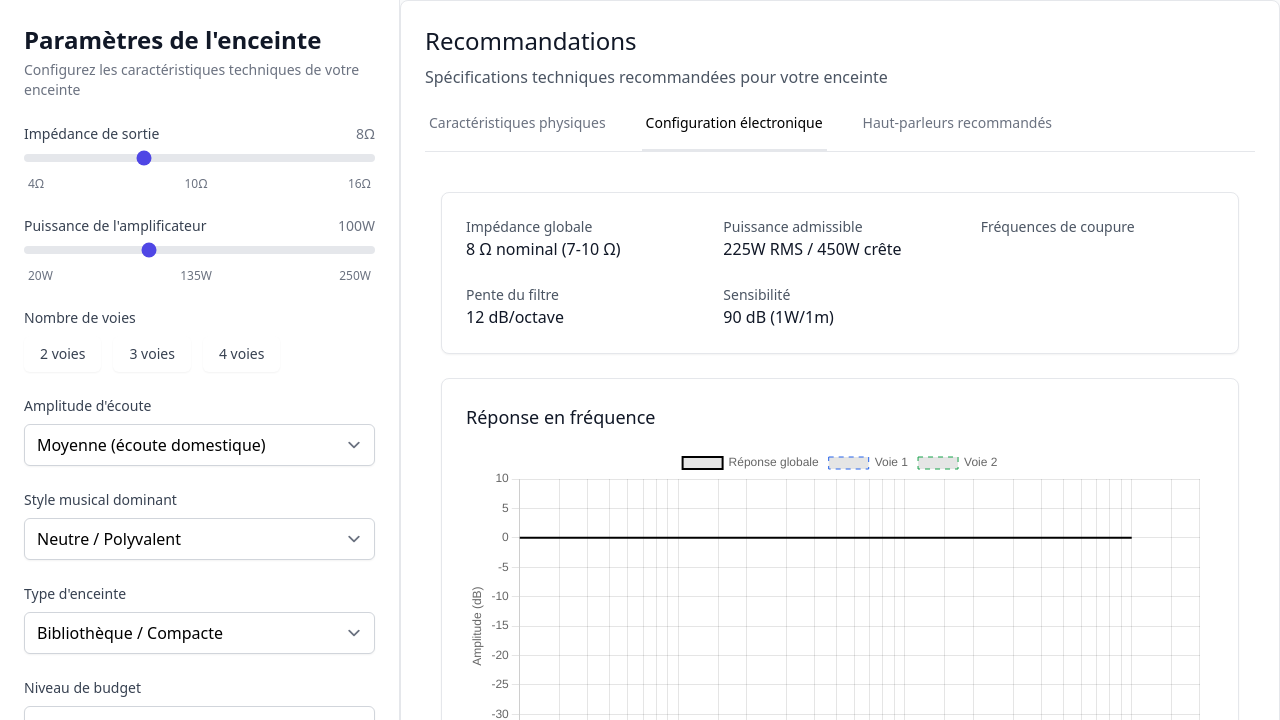
Repository: flobutbut/AcuoTune
Page: /, after clicking the first element matching `nav.flex > :nth-child(2)`
These files come from the project's save history. The page is drawn as it stood at one moment and after the next save; the edit follows.
The browser window is 1280 px wide. The pictures show the whole page.
An inner scrolling area shows only its first screen. The project was rebuilt for these pictures with package versions that can differ from the ones it lists, and the page was loaded fresh each time. Also part of the build but not shown: vite.config.ts, src/components/configurateur/recommendations/SpeakersTab.vue.

Above is the page before, as saved 2025-02-28 14:35:50.

### src/main.ts
import './assets/main.css'

import { createApp } from 'vue'
import { createPinia } from 'pinia'
import App from './App.vue'
import router from './router'

// Pour le débogage
console.log('Initializing app...')

const app = createApp(App)
const pinia = createPinia()

// Pour le débogage
app.config.errorHandler = (err, instance, info) => {
  console.error('Vue Error:', err)
  console.log('Component:', instance)
  console.log('Info:', info)
}

app.use(pinia)
app.use(router)

app.mount('#app')

// Pour le débogage
console.log('App mounted')

### src/App.vue
<script setup lang="ts">
import { RouterView } from 'vue-router'
</script>

<template>
  <RouterView />
</template>

<style>
#app {
  height: 100vh;
  width: 100vw;
}
</style>

### src/router/index.ts
import { createRouter, createWebHashHistory } from 'vue-router'
import ConfigurateurView from '../views/ConfigurateurView.vue'

const base = process.env.NODE_ENV === 'production' ? '/AcuoTune/' : '/'

const router = createRouter({
  history: createWebHashHistory(base),
  routes: [
    {
      path: '/',
      name: 'home',
      component: ConfigurateurView
    }
  ]
})

export default router

### src/views/ConfigurateurView.vue
<script setup lang="ts">
import ConfigurationPanel from '@/components/configurateur/ConfigurationPanel.vue'
import RecommendationsPanel from '@/components/configurateur/RecommendationsPanel.vue'
</script>

<template>
  <div class="flex h-screen bg-gray-50">
    <!-- Colonne de gauche - Configuration -->
    <div class="w-[400px] min-w-[400px] overflow-y-auto border-r border-gray-200 bg-white">
      <ConfigurationPanel />
    </div>

    <!-- Colonne de droite - Recommandations -->
    <div class="flex-1 overflow-y-auto">
      <RecommendationsPanel />
    </div>
  </div>
</template>

<style>
/* Supprimer les marges par défaut */
body {
  margin: 0;
  padding: 0;
}

/* Assurer que l'app prend toute la hauteur */
#app {
  height: 100vh;
}
</style>

### src/components/configurateur/RecommendationsPanel.vue
<script setup lang="ts">
import { ref } from 'vue'
import PhysicalTab from './recommendations/PhysicalTab.vue'
import ElectronicTab from './recommendations/ElectronicTab.vue'
import SpeakersTab from './recommendations/SpeakersTab.vue'

const activeTab = ref('physique')

// Données temporaires pour test
const physicalRecommendations = {
  volume: '30L',
  dimensions: {
    height: '80cm',
    width: '30cm',
    depth: '40cm'
  },
  materials: ['MDF 19mm', 'Contreplaqué bouleau 18mm'],
  portType: 'Bass-reflex',
  port: {
    surface: '50cm²',
    length: '15cm',
    diameter: '8cm',
    tuningFreq: '35Hz'
  }
}

const electronicRecommendations = {
  impedance: '8Ω',
  power: '100W RMS',
  crossoverFreqs: ['500Hz', '3.5kHz'],
  filterSlope: '12dB/octave',
  efficiency: '89dB'
}

const speakerRecommendations = [
  {
    type: 'Grave',
    impedance: '8Ω',
    power: '100W RMS',
    sensitivity: '89dB'
  },
  {
    type: 'Médium',
    impedance: '8Ω',
    power: '50W RMS',
    sensitivity: '91dB'
  },
  {
    type: 'Aigu',
    impedance: '8Ω',
    power: '25W RMS',
    sensitivity: '92dB'
  }
]
</script>

<template>
  <div class="w-full bg-white rounded-lg shadow-sm border border-gray-200">
    <div class="p-6">
      <h2 class="text-2xl font-medium text-gray-900 mb-2">Recommandations</h2>
      <p class="text-gray-600 mb-6">Spécifications techniques recommandées pour votre enceinte</p>

      <!-- Onglets -->
      <div class="border-b border-gray-200">
        <nav class="flex space-x-8" aria-label="Tabs">
          <button
            v-for="tab in ['physique', 'electronique', 'hautparleurs']"
            :key="tab"
            @click="activeTab = tab"
            :class="[
              'pb-4 px-1 font-medium text-sm border-b-2 transition-colors',
              activeTab === tab
                ? 'border-primary-600 text-primary-600'
                : 'border-transparent text-gray-500 hover:text-gray-700 hover:border-gray-300'
            ]"
          >
            {{ tab === 'physique' ? 'Caractéristiques physiques' :
               tab === 'electronique' ? 'Configuration électronique' :
               'Haut-parleurs recommandés' }}
          </button>
        </nav>
      </div>

      <!-- Contenu des onglets -->
      <div class="mt-6">
        <PhysicalTab v-if="activeTab === 'physique'" />
        <ElectronicTab v-if="activeTab === 'electronique'" />
        <SpeakersTab v-if="activeTab === 'hautparleurs'" />
      </div>
    </div>
  </div>
</template>

### src/components/configurateur/controls/RangeInput.vue
<script setup lang="ts">
defineProps<{
  label: string
  name: string
  value: number
  min: number
  max: number
  step: number
  unit?: string
}>()

defineEmits<{
  (e: 'update', event: Event): void
}>()
</script>

<template>
  <div class="space-y-2">
    <!-- Label et valeur actuelle -->
    <div class="flex justify-between items-center">
      <label :for="name" class="block text-sm font-medium text-gray-700">
        {{ label }}
      </label>
      <span class="text-sm text-gray-500">
        {{ value }}{{ unit }}
      </span>
    </div>

    <!-- Input range -->
    <input
      :id="name"
      type="range"
      :name="name"
      :min="min"
      :max="max"
      :step="step"
      :value="value"
      @input="$emit('update', $event)"
      class="w-full h-2 bg-gray-200 rounded-lg appearance-none cursor-pointer
             dark:bg-gray-700 accent-indigo-600 focus:outline-none focus:ring-2
             focus:ring-indigo-500 focus:ring-offset-2"
    />

    <!-- Valeurs min/max -->
    <div class="flex justify-between px-1">
      <span class="text-xs text-gray-500">{{ min }}{{ unit }}</span>
      <span class="text-xs text-gray-500">{{ Math.round((max + min) / 2) }}{{ unit }}</span>
      <span class="text-xs text-gray-500">{{ max }}{{ unit }}</span>
    </div>
  </div>
</template>

### src/components/configurateur/controls/SelectInput.vue
<script setup lang="ts">
interface Option {
  value: string
  label: string
}

defineProps<{
  label: string
  name: string
  value: string
  options: Option[]
}>()

defineEmits<{
  (e: 'update', event: Event): void
}>()
</script>

<template>
  <div class="space-y-2">
    <label :for="name" class="block text-sm font-medium text-gray-700">
      {{ label }}
    </label>
    <select
      :id="name"
      :name="name"
      :value="value"
      @change="$emit('update', $event)"
      class="mt-1 block w-full rounded-md border-gray-300 py-2 pl-3 pr-10 text-base
             focus:border-indigo-500 focus:outline-none focus:ring-indigo-500
             bg-white shadow-sm"
    >
      <option
        v-for="option in options"
        :key="option.value"
        :value="option.value"
        class="text-gray-900"
      >
        {{ option.label }}
      </option>
    </select>
  </div>
</template>

### src/constants/configurateur.ts
export const IMPEDANCE_OPTIONS = {
  min: 4,
  max: 16,
  step: 4
}

export const PUISSANCE_OPTIONS = {
  min: 20,
  max: 250,
  step: 10
}

export const AMPLITUDE_ECOUTE_OPTIONS = [
  { value: 'faible', label: 'Faible (écoute de proximité)' },
  { value: 'moyenne', label: 'Moyenne (écoute domestique)' },
  { value: 'forte', label: 'Forte (home-cinéma, fêtes)' }
]

export const STYLE_MUSICAL_OPTIONS = [
  { value: 'neutre', label: 'Neutre / Polyvalent' },
  { value: 'hifi', label: 'Hi-Fi / Audiophile' },
  { value: 'bass', label: 'Bass heavy (Electronic, Hip-hop)' },
  { value: 'acoustique', label: 'Acoustique / Classique' }
]

export const TYPE_ENCEINTE_OPTIONS = [
  { value: 'bibliothèque', label: 'Bibliothèque / Compacte' },
  { value: 'colonne', label: 'Colonne' },
  { value: 'monitoring', label: 'Monitoring' }
]

export const BUDGET_NIVEAU_OPTIONS = [
  { value: 'économique', label: 'Économique' },
  { value: 'moyen', label: 'Moyen' },
  { value: 'élevé', label: 'Élevé' }
]

export const DISTANCE_MUR_OPTIONS = [
  { value: 'proche', label: 'Proche (< 20cm)' },
  { value: 'moyenne', label: 'Moyenne (20-40cm)' },
  { value: 'éloignée', label: 'Éloignée (> 40cm)' }
]

export const UTILISATION_OPTIONS = [
  { value: 'musique', label: 'Musique' },
  { value: 'homecinema', label: 'Home-cinéma' },
  { value: 'mixte', label: 'Mixte (Musique + Home-cinéma)' },
  { value: 'studio', label: 'Production / Mixage studio' }
]

export const TYPE_CHARGE_OPTIONS = [
  { value: 'clos', label: 'Clos' },
  { value: 'bass-reflex', label: 'Bass-reflex' },
  { value: 'double-bass-reflex', label: 'Double Bass-reflex' }
]

export const PENTE_FILTRE_OPTIONS = [
  { value: '12', label: '12 dB/octave' },
  { value: '18', label: '18 dB/octave' },
  { value: '24', label: '24 dB/octave' }
]

export const FACTEUR_QUALITE_OPTIONS = [
  { value: '0.5', label: 'Q = 0.5 (Sous-amorti)' },
  { value: '0.707', label: 'Q = 0.707 (Butterworth)' },
  { value: '1.0', label: 'Q = 1.0 (Sur-amorti)' }
]

### src/components/configurateur/recommendations/ElectronicTab.vue
<script setup lang="ts">
import { computed } from 'vue'
import { useConfigurateurStore } from '@/stores/configurateur'
import { calculateElectronic } from '@/utils/calculations/electronic'
import { calculateAcoustic } from '@/utils/calculations/acoustic'
import FrequencyResponseChart from '../FrequencyResponseChart.vue'

const store = useConfigurateurStore()

const electronicRecommendations = computed(() => {
  if (!store.config) return null
  const acousticParams = calculateAcoustic(store.config)
  return calculateElectronic(store.config, acousticParams)
})
</script>

<template>
  <div class="space-y-6 p-4">
    <div v-if="electronicRecommendations" class="space-y-6">
      <!-- Panneau des paramètres -->
      <div class="bg-white rounded-lg shadow-sm border border-gray-200 p-6">
        <div class="grid grid-cols-2 md:grid-cols-3 gap-6">
          <div v-for="(value, key) in [
            { label: 'Impédance globale', value: electronicRecommendations.impedanceGlobale },
            { label: 'Puissance admissible', value: electronicRecommendations.puissanceAdmissible },
            { label: 'Fréquences de coupure', value: electronicRecommendations.frequencesCoupure.join(' / ') },
            { label: 'Pente du filtre', value: electronicRecommendations.penteFiltre },
            { label: 'Sensibilité', value: electronicRecommendations.sensibilite }
          ]" :key="key" class="group">
            <div class="text-sm text-gray-600 group-hover:text-gray-800 transition-colors">{{ value.label }}</div>
            <div class="font-medium text-gray-900">{{ value.value }}</div>
          </div>
        </div>
      </div>

      <!-- Graphique -->
      <div class="bg-white rounded-lg shadow-sm border border-gray-200 p-6">
        <h3 class="text-lg font-medium text-gray-900 mb-4">Réponse en fréquence</h3>
        <div class="h-[400px] w-full">
          <FrequencyResponseChart
            :config="store.config"
            :electronic-params="electronicRecommendations"
          />
        </div>
      </div>
    </div>

    <div v-else class="flex items-center justify-center h-48 bg-gray-50 rounded-lg">
      <div class="text-gray-500">
        <svg class="w-8 h-8 mx-auto mb-2 animate-spin" viewBox="0 0 24 24" fill="none">
          <circle class="opacity-25" cx="12" cy="12" r="10" stroke="currentColor" stroke-width="4"/>
          <path class="opacity-75" fill="currentColor" d="M4 12a8 8 0 018-8V0C5.373 0 0 5.373 0 12h4z"/>
        </svg>
        <span>Chargement des recommandations...</span>
      </div>
    </div>
  </div>
</template>

### src/utils/calculations/electronic.ts
import type { Config } from '@/types/configurateur'
import type { ElectronicRecommendation } from '@/types/configurateur'

interface AcousticResult {
  volumeOptimal: number
  frequenceAccord: number
  facteurQualite: number
  frequenceResonance: number
  rendementBasse: number
  puissanceMax: number
}

export function calculateElectronic(config: Config, acoustic: AcousticResult): ElectronicRecommendation {
  console.log('Calculating electronic parameters for:', { config, acoustic })

  // Calcul des fréquences de coupure
  const frequencesCoupure = calculateCrossoverFrequencies(config)

  // Calcul de la pente des filtres
  const penteFiltre = calculateFilterSlope(config)

  // Calcul de l'impédance globale
  const impedanceGlobale = calculateGlobalImpedance(config)

  // Calcul de la puissance admissible
  const puissanceAdmissible = calculateAdmissiblePower(acoustic.puissanceMax)

  // Calcul de la sensibilité globale
  const sensibilite = calculateGlobalSensitivity(config, acoustic)

  const result: ElectronicRecommendation = {
    frequencesCoupure,
    penteFiltre,
    impedanceGlobale,
    puissanceAdmissible,
    sensibilite
  }

  console.log('Electronic calculation result:', result)
  return result
}

function calculateCrossoverFrequencies(config: Config): string[] {
  // Si mode avancé et fréquences manuelles définies, les utiliser
  if (config.showAdvanced && config.freqCoupureManuelle.length > 0) {
    return config.freqCoupureManuelle.map(freq => `${freq} Hz`)
  }

  // Sinon, calculer les fréquences recommandées
  const freqs: number[] = []
  switch (config.nombreVoies) {
    case 2:
      freqs.push(config.styleMusical === 'bass' ? 2500 : 3000)
      break
    case 3:
      freqs.push(
        config.styleMusical === 'bass' ? 400 : 500,
        config.styleMusical === 'bass' ? 2500 : 3000
      )
      break
    case 4:
      freqs.push(
        config.styleMusical === 'bass' ? 200 : 250,
        config.styleMusical === 'bass' ? 800 : 1000,
        config.styleMusical === 'bass' ? 2500 : 3000
      )
      break
  }
  return freqs.map(freq => `${freq} Hz`)
}

function calculateFilterSlope(config: Config): string {
  // Si mode avancé, utiliser la pente configurée
  if (config.showAdvanced) {
    return `${config.penteFiltre} dB/octave`
  }

  // Sinon, déterminer la pente recommandée
  if (config.budgetNiveau === 'élevé' || config.styleMusical === 'hifi') {
    return '24 dB/octave'
  } else if (config.nombreVoies >= 3) {
    return '18 dB/octave'
  }
  return '12 dB/octave'
}

function calculateGlobalImpedance(config: Config): string {
  // Calcul de l'impédance nominale
  let impedance = config.impedance

  // Ajustements selon le nombre de voies
  if (config.nombreVoies >= 3) {
    impedance = Math.max(4, impedance - 2)
  }

  return `${impedance} Ω nominal (${impedance - 1}-${impedance + 2} Ω)`
}

function calculateAdmissiblePower(maxPower: number): string {
  const rms = Math.round(maxPower)
  const peak = Math.round(maxPower * 2)
  return `${rms}W RMS / ${peak}W crête`
}

function calculateGlobalSensitivity(config: Config, acoustic: AcousticResult): string {
  // Sensibilité de base selon le rendement calculé
  let sensitivity = acoustic.rendementBasse

  // Ajustements selon l'amplitude d'écoute
  const sensAdjust = {
    'faible': -2,
    'moyenne': 0,
    'forte': +2
  }
  sensitivity += sensAdjust[config.amplitudeEcoute as keyof typeof sensAdjust] || 0

  // Ajustements selon le nombre de voies
  sensitivity += (config.nombreVoies - 2) * 0.5

  return `${Math.round(sensitivity)} dB (1W/1m)`
}

### src/utils/calculations/frequency-response.ts
import type { Config, ElectronicParams } from '@/types/configurateur'
import { calculateAcoustic } from './acoustic'
import { calculateElectronic } from './electronic'

// Constantes physiques réalistes
const CONSTANTS = {
  SPEED_OF_SOUND: 343, // m/s
  MIN_FREQ: 20,       // Hz
  MAX_FREQ: 20000,    // Hz
  ROOM_MODES: {
    small: 100,       // Hz
    medium: 80,       // Hz
    large: 60        // Hz
  },
  TYPICAL_Q: {
    closed: 0.707,    // Butterworth
    bassReflex: 0.5   // Typique pour bass-reflex
  }
}

// Validation et normalisation des paramètres
function validateConfig(config: Config): void {
  if (config.impedance < 4 || config.impedance > 16) {
    console.warn('Impédance hors limites réalistes')
  }
  if (config.puissanceAmp < 20 || config.puissanceAmp > 250) {
    console.warn('Puissance hors limites réalistes')
  }
  // ... autres validations
}

// Fonction de transfert du filtre
function calculateFilterResponse(frequency: number, fc: number, isHighPass: boolean, config: Config): number {
  const w = frequency / fc
  const order = parseInt(config.penteFiltre) / 6 // Conversion dB/oct en ordre

  if (isHighPass) {
    // Filtre passe-haut
    return 20 * Math.log10(Math.pow(w, order)) - 3 // -3dB à fc
  } else {
    // Filtre passe-bas
    return -20 * Math.log10(Math.sqrt(1 + Math.pow(w, 2 * order)))
  }
}

function calculateTuningFrequency(config: Config): number {
  return config.typeEnceinte === 'bibliothèque' ? 50 : 35
}

function calculateResonanceFrequency(config: Config): number {
  return config.typeEnceinte === 'bibliothèque' ? 60 : 40
}

function calculateRoomEffects(frequency: number, config: Config): number {
  const roomModes = {
    'proche': 120,
    'moyenne': 80,
    'loin': 60
  }
  const fb = roomModes[config.distanceAuMur as keyof typeof roomModes] || 80

  // Effet de la pièce sur les basses
  if (frequency < fb) {
    return 6 * Math.log10(fb/frequency)
  }
  return 0
}

export function calculateVoiceResponse(frequency: number, voiceIndex: number, config: Config, electronicParams: ElectronicParams): number {
  console.log('Input values:', { frequency, voiceIndex, config, electronicParams })

  const nombreVoies = parseInt(config.nombreVoies)
  const freqCoupures = electronicParams.frequencesCoupure.map(f => parseInt(f))

  let response = 0

  // Calcul de base selon la voie
  if (voiceIndex === 0) {
    response = calculateBassResponse(frequency, config, freqCoupures[0])
  } else if (voiceIndex === nombreVoies - 1) {
    response = calculateTrebleResponse(frequency, config, freqCoupures[freqCoupures.length - 1])
  } else {
    response = calculateMidResponse(frequency, config, freqCoupures[voiceIndex - 1], freqCoupures[voiceIndex])
  }

  console.log('Response before adjustments:', response)

  // Ajustements selon le type d'enceinte
  const enceinteBoost = config.typeEnceinte === 'bibliothèque' ? -3 : 0
  response += enceinteBoost * Math.exp(-Math.pow(frequency/100, 2))

  // Ajustements selon l'amplitude d'écoute
  const amplitudeBoosts = {
    'faible': { bass: 3, treble: 2 },
    'moyenne': { bass: 0, treble: 0 },
    'forte': { bass: -2, treble: -1 }
  }
  const defaultBoost = { bass: 0, treble: 0 }
  const boosts = amplitudeBoosts[config.amplitudeEcoute as keyof typeof amplitudeBoosts] || defaultBoost

  response += boosts.bass * Math.exp(-Math.pow(frequency/100, 2))
  response += boosts.treble * Math.exp(-Math.pow(5000/frequency, 2))

  console.log('Final response:', response)
  return response
}

function calculateBassResponse(frequency: number, config: Config, freqCoupure: number): number {
  let response = 0

  // Filtre passe-bas
  const w = frequency / freqCoupure
  const order = 2 // 12dB/octave
  response -= 20 * Math.log10(Math.sqrt(1 + Math.pow(w, 2 * order)))

  // Effets de charge
  if (config.typeCharge === 'bass-reflex') {
    const fb = 50 // Fréquence d'accord typique
    if (frequency < fb) {
      response += 12 * Math.log10(frequency/fb)
    }
  }

  return response
}

function calculateTrebleResponse(frequency: number, config: Config, freqCoupure: number): number {
  // Filtre passe-haut
  const w = frequency / freqCoupure
  const order = 2 // 12dB/octave
  return 20 * Math.log10(Math.pow(w, order)) - 3 // -3dB à fc
}

function calculateMidResponse(frequency: number, config: Config, freqBasse: number, freqHaute: number): number {
  // Combinaison passe-haut et passe-bas
  const wLow = frequency / freqBasse
  const wHigh = frequency / freqHaute
  const order = 2

  const responseHaut = 20 * Math.log10(Math.pow(wLow, order)) - 3
  const responseBas = -20 * Math.log10(Math.sqrt(1 + Math.pow(wHigh, 2 * order)))

  return responseHaut + responseBas
}

export function calculateGlobalResponse(frequency: number, voiceResponses: number[]): number {
  console.log('Global response input:', { frequency, voiceResponses })

  // Vérification des valeurs NaN
  if (voiceResponses.some(resp => isNaN(resp))) {
    console.error('NaN detected in voice responses')
    return 0
  }

  // Conversion en amplitudes linéaires
  const amplitudes = voiceResponses.map(db => Math.pow(10, db/20))
  console.log('Amplitudes:', amplitudes)

  // Somme des amplitudes
  const totalAmplitude = amplitudes.reduce((sum, amp) => sum + amp, 0)
  console.log('Total amplitude:', totalAmplitude)

  // Reconversion en dB
  const response = 20 * Math.log10(totalAmplitude)
  console.log('Final global response:', response)

  return response
}

Loaded but not shown: index.html (common file); src/assets/main.css (common file); tailwind.config.js (13 lines, source omitted); src/utils/calculations/acoustic.ts (372 lines, source omitted); src/components/configurateur/ConfigurationPanel.vue (237 lines, source omitted); src/utils/calculations/physical.ts (240 lines, source omitted); src/stores/configurateur.ts (167 lines, source omitted); src/components/configurateur/recommendations/PhysicalTab.vue (104 lines, source omitted); src/components/configurateur/FrequencyResponseChart.vue (162 lines, source omitted)

After the next save:
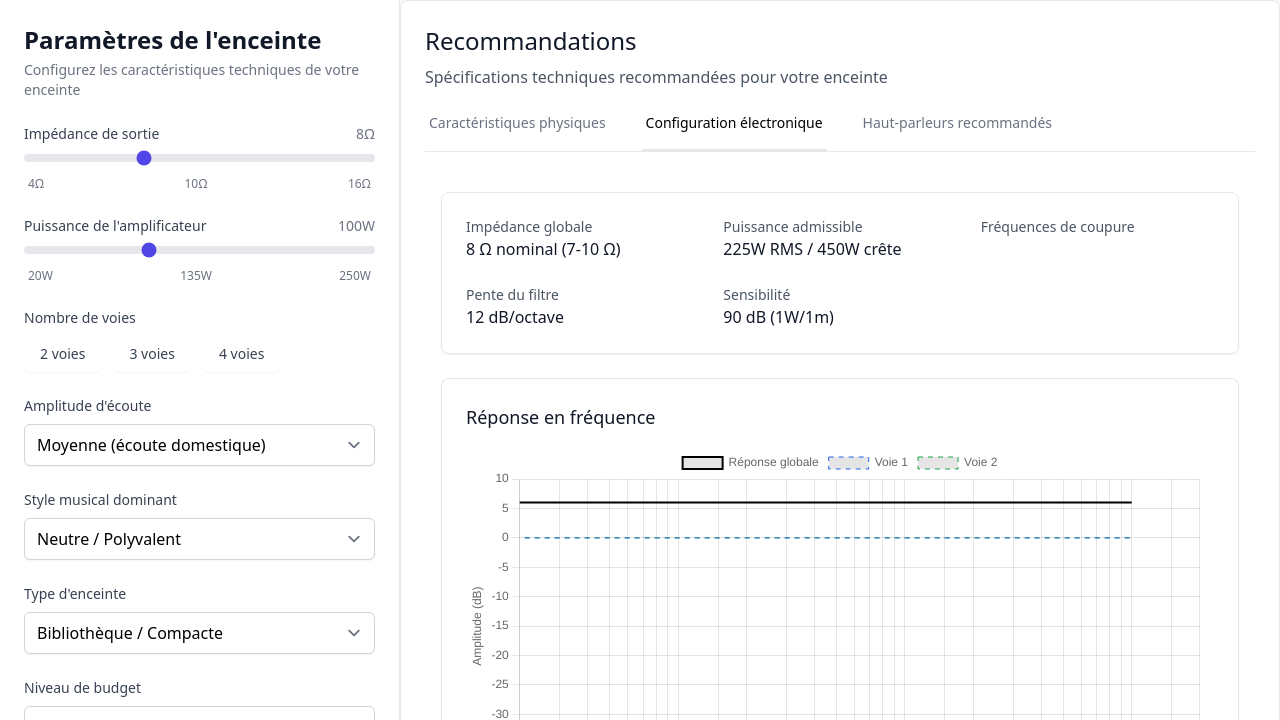
Saved 67 s later.
--- a/src/utils/calculations/frequency-response.ts
+++ b/src/utils/calculations/frequency-response.ts
@@ -67,10 +67,23 @@ function calculateRoomEffects(frequency: number, config: Config): number {
 }
 
 export function calculateVoiceResponse(frequency: number, voiceIndex: number, config: Config, electronicParams: ElectronicParams): number {
-  console.log('Input values:', { frequency, voiceIndex, config, electronicParams })
+  console.log('Voice response input:', { frequency, voiceIndex, config, electronicParams })
+
+  // Vérification des paramètres essentiels
+  if (!electronicParams.frequencesCoupure || !electronicParams.frequencesCoupure.length) {
+    console.warn('Missing frequencesCoupure')
+    return 0
+  }
 
   const nombreVoies = parseInt(config.nombreVoies)
-  const freqCoupures = electronicParams.frequencesCoupure.map(f => parseInt(f))
+  const freqCoupures = electronicParams.frequencesCoupure.map(f => {
+    const freq = parseInt(f)
+    if (isNaN(freq) || freq <= 0) {
+      console.warn('Invalid frequency:', f)
+      return 500 // Valeur par défaut sécurisée
+    }
+    return freq
+  })
 
   let response = 0
 
@@ -83,7 +96,11 @@ export function calculateVoiceResponse(frequency: number, voiceIndex: number, co
     response = calculateMidResponse(frequency, config, freqCoupures[voiceIndex - 1], freqCoupures[voiceIndex])
   }
 
-  console.log('Response before adjustments:', response)
+  // Vérification de la validité de la réponse
+  if (isNaN(response)) {
+    console.warn('NaN response detected', { frequency, voiceIndex, response })
+    return 0
+  }
 
   // Ajustements selon le type d'enceinte
   const enceinteBoost = config.typeEnceinte === 'bibliothèque' ? -3 : 0
@@ -95,32 +112,50 @@ export function calculateVoiceResponse(frequency: number, voiceIndex: number, co
     'moyenne': { bass: 0, treble: 0 },
     'forte': { bass: -2, treble: -1 }
   }
-  const defaultBoost = { bass: 0, treble: 0 }
-  const boosts = amplitudeBoosts[config.amplitudeEcoute as keyof typeof amplitudeBoosts] || defaultBoost
+  const boosts = amplitudeBoosts[config.amplitudeEcoute as keyof typeof amplitudeBoosts] || { bass: 0, treble: 0 }
 
   response += boosts.bass * Math.exp(-Math.pow(frequency/100, 2))
   response += boosts.treble * Math.exp(-Math.pow(5000/frequency, 2))
 
-  console.log('Final response:', response)
+  // Limitation de la réponse à des valeurs raisonnables
+  response = Math.max(-40, Math.min(response, 10))
+
+  console.log('Final voice response:', response)
   return response
 }
 
 function calculateBassResponse(frequency: number, config: Config, freqCoupure: number): number {
+  console.log('Bass response input:', { frequency, freqCoupure })
+
   let response = 0
+
+  // Protection contre les valeurs invalides
+  if (!freqCoupure || freqCoupure <= 0) {
+    console.warn('Invalid freqCoupure:', freqCoupure)
+    freqCoupure = 500 // Valeur par défaut sécurisée
+  }
 
   // Filtre passe-bas
   const w = frequency / freqCoupure
+  console.log('w:', w)
+
   const order = 2 // 12dB/octave
-  response -= 20 * Math.log10(Math.sqrt(1 + Math.pow(w, 2 * order)))
+  const filterResponse = -20 * Math.log10(Math.sqrt(1 + Math.pow(w, 2 * order)))
+  console.log('Filter response:', filterResponse)
+
+  response += filterResponse
 
   // Effets de charge
   if (config.typeCharge === 'bass-reflex') {
-    const fb = 50 // Fréquence d'accord typique
+    const fb = config.typeEnceinte === 'bibliothèque' ? 50 : 35
     if (frequency < fb) {
-      response += 12 * Math.log10(frequency/fb)
+      const bassExtension = 12 * Math.log10(frequency/fb)
+      console.log('Bass extension:', bassExtension)
+      response += bassExtension
     }
   }
 
+  console.log('Final bass response:', response)
   return response
 }
 
